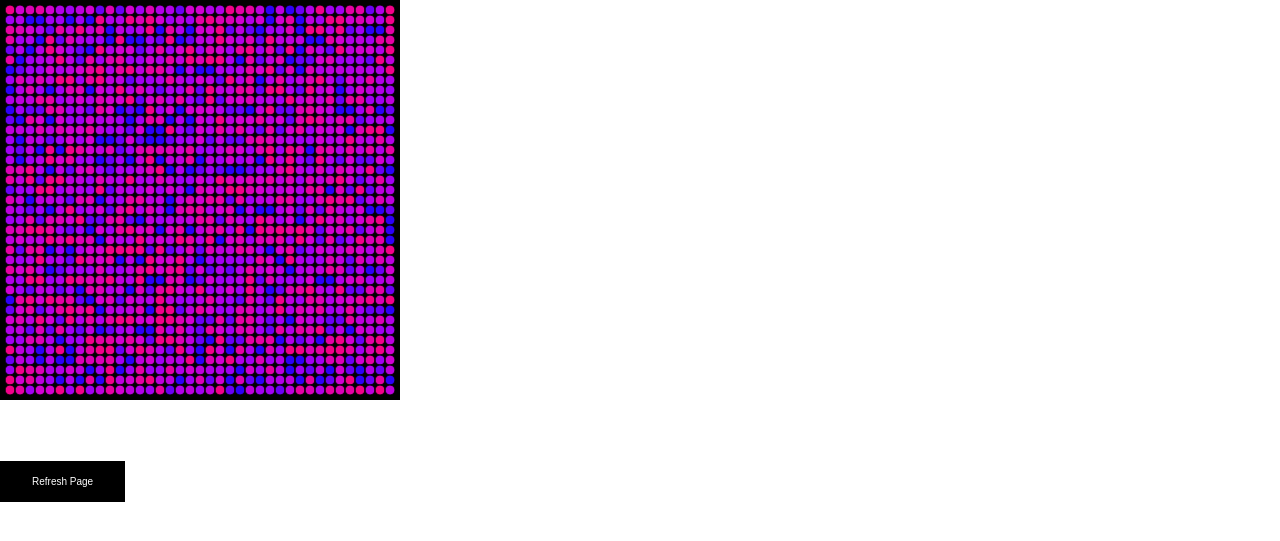
Repository: patriciqa/GenComp
Page: content/day02/pattern/index.html
An editor plug-in stored every save of this project. The page is shown before and after a run of saves, followed by the edit.
The browser window is 1280 px wide. The pictures show the whole page.

Above is the page before, as saved 2021-09-30 11:39:46.

### content/day02/pattern/index.html
<!DOCTYPE html>
<html lang="en">
  <head>
    <meta charset="utf-8" />
    <meta name="viewport" content="width=device-width, initial-scale=1.0">

    <title>Sketch</title>

    <link rel="stylesheet" type="text/css" href="style.css">

    <script src="libraries/p5.min.js"></script>
    <script src="libraries/p5.sound.min.js"></script>
  </head>

  <body>
    <script src="circlePattern.js"></script>
    <div id="refresh-button">
    <button onclick="window.location.reload();">Refresh Page</button>
  </div>
  </body>
</html>

### content/day02/pattern/style.css
html, body {
  margin: 0;
  padding: 0;
}

canvas {
  display: block;
}

button {
  position: relative;
  background-color: black;
  border: none;
  color: white;
  padding: 15px 32px;
  text-align: center;
  text-decoration: none;
  display: inline-block;
  font-size: 10px;
}
#refresh-button {
position: absolute;
top: 64%;

}

### content/day02/pattern/circlePattern.js
// /* CSS HEX */
// --blue: #2d00f7ff;
// --electric-indigo: #6a00f4ff;
// --electric-violet: #8900f2ff;
// --purple-x-11: #a100f2ff;
// --purple-x-11-2: #b100e8ff;
// --electric-purple: #bc00ddff;
// --steel-pink: #d100d1ff;
// --steel-pink-2: #db00b6ff;
// --fashion-fuchsia: #e500a4ff;
// --magenta-process: #f20089ff;
let CSS_COLOR_NAMES = [
  '#2d00f7ff',
  '#6a00f4ff',
  '#a100f2ff',
  '#b100e8ff',
  '#bc00ddff',
  ' #d100d1ff',
  '#db00b6ff',
  '#e500a4ff',
  '#f20089ff'
];

let counter = 0
function setup() {
  createCanvas(400, 400);
  stroke(0)
  frameRate(30)
  // noLoop();
}

function draw() {
  background('black');

  for (let x = 10; x < width; x += 10) {
    for (let y = 10; y < height; y += 10) {
      stroke(0);
      let randomColor = CSS_COLOR_NAMES[Math.floor(Math.random()*CSS_COLOR_NAMES.length)];
      fill(randomColor);

      ellipse(x, y, 10, 10);
      counter++;
    }
  }
}

Loaded but not shown: content/day02/pattern/libraries/p5.min.js (library); content/day02/pattern/libraries/p5.sound.min.js (library)

After the next 2 saves:
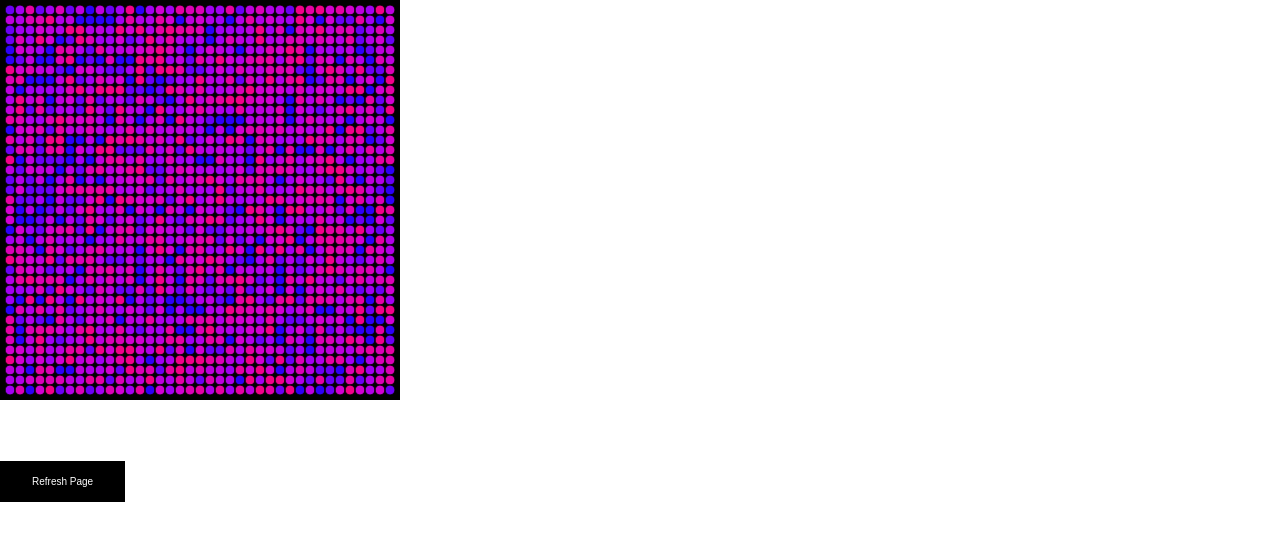
The 2 saves are shown as one change because they came seconds apart.
The last was saved 13 s later.
--- a/content/day02/pattern/circlePattern.js
+++ b/content/day02/pattern/circlePattern.js
@@ -25,7 +25,7 @@
 function setup() {
   createCanvas(400, 400);
   stroke(0)
-  frameRate(30)
+  frameRate(10000)
   // noLoop();
 }
 
